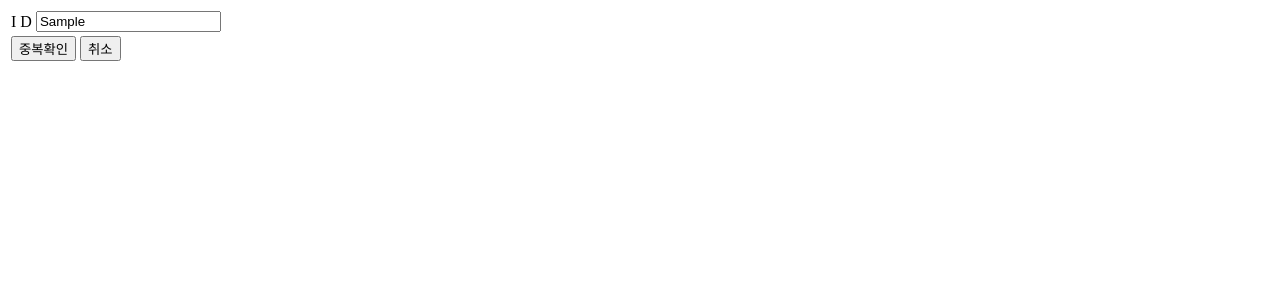
Repository: junewjdtn/TIL
Page: HTML+CSS/html_vscode_UI/4_JS_ec/JS/WebContent/js20_window03.html
These files come from the project's save history. The page is drawn as it stood at one moment and after the next save; the edit follows.
The browser window is 1280 px wide. The pictures show the whole page.
Empty fields were first filled with sample values (such as "Sample", 5 or name@example.com).
After loading, the first visible `input[onclick="confirmChk();"]` was clicked once.

Above is the page before, as saved 2022-05-18 05:09:52.

### HTML+CSS/html_vscode_UI/4_JS_ec/JS/WebContent/js20_window03.html
<!DOCTYPE html>
<html>
<head>
<meta charset="UTF-8">
<title>window03</title>
<script type="text/javascript">
	let ids = ["mulit", "java", "script", "jslim", "ljs", "rrhak"];

	function confirmChk(){
		let id = document.getElementsByName("id")[0].value;
	}
</script>
</head>
<body>
	<table>
		<tr>
			<td>I D</td>
			<td><input type="text" name="id"></td>
		</tr>
		<tr>
			<td colspan="2">
				<input type="button" value="중복확인" onclick="confirmChk();">
				<input type="button" value="취소" onclick="">
			</td>
		</tr>
	</table>
	<div id="msg"></div>
</body>
</html>

After the next save:
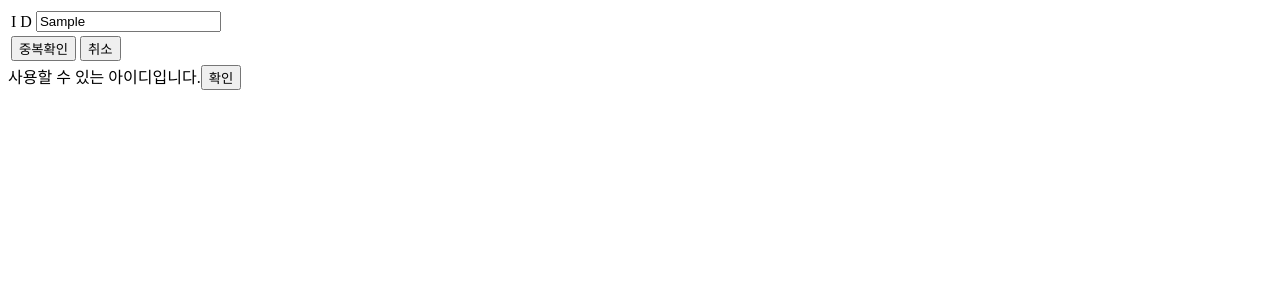
Saved 7 min 8 s later.
--- a/HTML+CSS/html_vscode_UI/4_JS_ec/JS/WebContent/js20_window03.html
+++ b/HTML+CSS/html_vscode_UI/4_JS_ec/JS/WebContent/js20_window03.html
@@ -8,6 +8,15 @@
 
 	function confirmChk(){
 		let id = document.getElementsByName("id")[0].value;
+
+		let div = document.getElementById("msg");
+
+		if(ids.indexOf(id) != -1){
+			div.innerHTML = "<b>아이디가 존재합니다.</b>";
+		}else{
+			let userId = "사용할 수 있는 아이디입니다." + "<input type='button' value='확인' onclick='insertId("+id+")'>";
+			div.innerHTML = userId;
+		}
 	}
 </script>
 </head>
